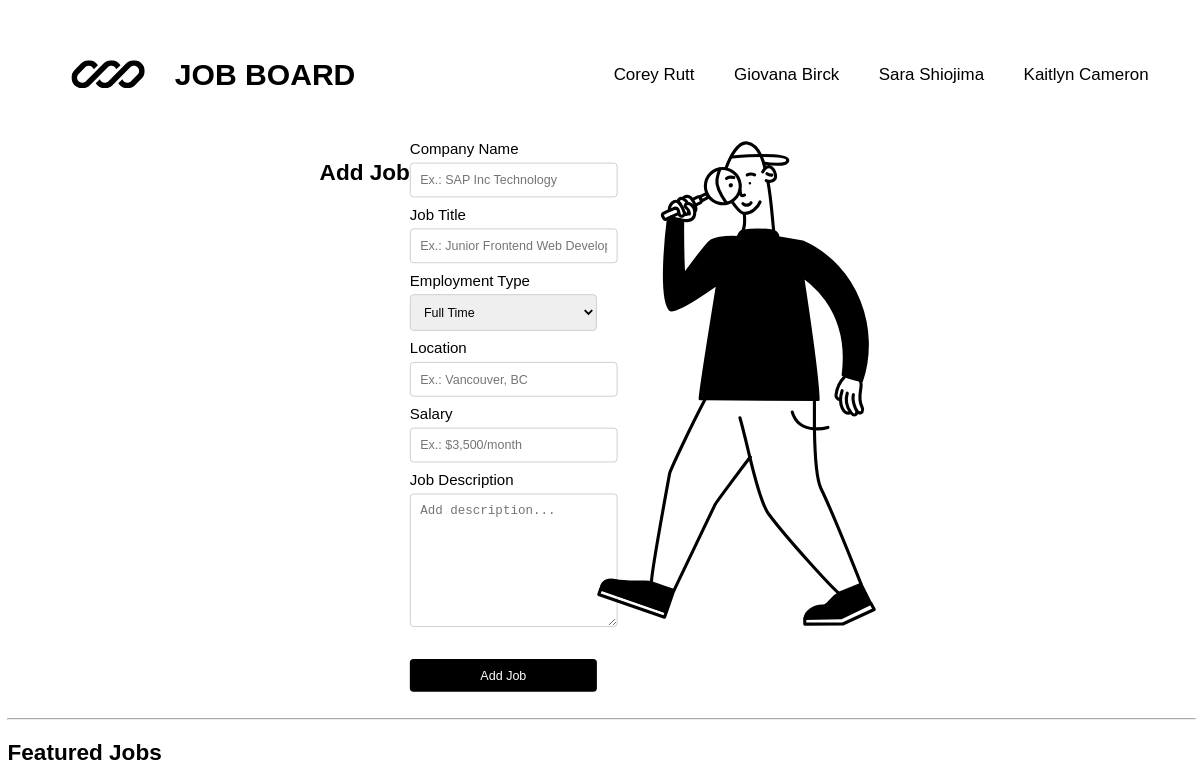
Repository: kcameron37/Final-Project-FrontEnd
Page: /
An editor plug-in stored every save of this project. The page is shown before and after a run of saves, followed by the edit.
The browser window is 1280 px wide. The pictures show the whole page, at 94% of full size.
The project was rebuilt for these pictures with package versions that can differ from the ones it lists, and the page was loaded fresh each time.

Above is the page before, as saved 2023-11-14 20:23:05.

### src/App.js
import React, { useState } from 'react';

import styles from './styles.css';

import JobList from './components/JobList.js';
import AddJob from './components/AddJob.js';
import NavBar from './components/NavBar.js';


export default function App() {
  const [jobs, setJobs] = useState([]);

  const addJob = (job) => {
    setJobs([...jobs, job]);
  };

  const deleteJob = (index) => {
    const newJobs = jobs.filter((_, idx) => idx !== index);
    setJobs(newJobs);
  };

  return (
    <div className="App">
      <NavBar />
      <AddJob addJob={addJob} />
      <JobList jobs={jobs} deleteJob={deleteJob} />
    </div>
  );
}

### src/styles.css
.App {
  font-family: 'Rubik', sans-serif;
}

### src/components/JobList.js
import React from 'react';

export default function JobList({ jobs, deleteJob }) {
  return (
    <div>
      <hr />
      <h2>Featured Jobs</h2>
      {
        jobs.map((job, index) => (
          <div key={index} className="job-item">
            <h3>{job.jobTitle}</h3>
            <button onClick={() => console.log('Make Edit Do Something')}>Edit</button>
            <button onClick={() => deleteJob(index)}>Delete</button>
            <p>{job.companyName} • {job.employment} • {job.location} • {job.salary}</p>
            <p>{job.description}</p>
            <hr />
          </div>
        ))
      }
    </div>
  );
}

### src/components/AddJob.js
import React, { useState } from 'react';
import styles from './addJob.module.css';


export default function AddJob({ addJob }) {

    const [job, setJob] = useState({
        companyName: '',
        jobTitle: '',
        employment: 'Full Time',
        location: '',
        salary: '',
        description: ''
    });

    const handleSubmit = (e) => {
        e.preventDefault();
        addJob(job);
        setJob({ companyName: '', jobTitle: '', employment: 'Full Time', location: '', salary: '', description: '' });
    }

    const handleChange = (e) => {
        setJob({ ...job, [e.target.name]: e.target.value });
    };

    return (
        <form onSubmit={handleSubmit} className={styles.formContainer}>
            <h2>Add Job</h2>
            <div>
                <div>
                    <label>Company Name</label>
                    <input
                        type="text"
                        name="companyName"
                        value={job.companyName}
                        onChange={handleChange}
                        placeholder="Ex.: SAP Inc Technology"
                    />

                    <label>Job Title</label>
                    <input
                        type="text"
                        name="jobTitle"
                        value={job.jobTitle}
                        onChange={handleChange}
                        placeholder="Ex.: Junior Frontend Web Developer"
                    />
                </div>

                <div>
                    <label>Employment Type</label>
                    <select name="employment" value={job.employment} onChange={handleChange}>
                        <option value="Full Time">Full Time</option>
                        <option value="Part Time">Part Time</option>
                    </select>

                    <label>Location</label>
                    <input
                        type="text"
                        name="location"
                        value={job.location}
                        onChange={handleChange}
                        placeholder="Ex.: Vancouver, BC"
                    />

                    <label>Salary</label>
                    <input
                        type="text"
                        name="salary"
                        value={job.salary}
                        onChange={handleChange}
                        placeholder="Ex.: $3,500/month"
                    />
                </div>

                <div>
                    <label>Job Description</label>
                    <textarea
                        name="description"
                        value={job.description}
                        onChange={handleChange}
                        placeholder="Add description..."
                    />
                </div>
                <button type="submit">Add Job</button>

            </div>
            <div>
                <img src="/images/man.svg" alt="Logo" />
            </div>
        </form>
    );
}

### src/components/NavBar.js
import React from 'react';
import styles from './navBar.module.css';

export default function NavBar() {
    return (
        <div className={styles.navBar}>
            <div className={styles.logo}>
                <img src="/images/logo.svg" alt="Logo" />
                <h2>JOB BOARD</h2>
            </div>

            <div>
                <button>Corey Rutt</button>
                <button>Giovana Birck</button>
                <button>Sara Shiojima</button>
                <button>Kaitlyn Cameron</button>
            </div>
        </div>
    );
}

### src/components/addJob.module.css
.formContainer {
    display: flex;
    max-width: 600px;
    margin: auto;
  }

  .formContainer h2 {
    text-align: center;
    margin-bottom: 30px;
  }

  .formContainer > div {
    margin-bottom: 20px; /* Space out each form section */
  }

  .formContainer label {
    display: block; /* Make the label take up the full width of its line */
    margin-bottom: 5px; /* Space between the label and the input */
  }

  .formContainer input[type="text"],
  .formContainer select,
  .formContainer textarea {
    width: 100%; /* Make the input take up the full width of its parent div */
    padding: 10px; /* Add some padding inside the inputs for better readability */
    border: 1px solid #ccc; /* A subtle border for the inputs */
    border-radius: 4px; /* Optional: rounded corners */
    margin-bottom: 10px; /* Space after each input */
  }

  .formContainer textarea {
    height: 120px; /* Set a fixed height for the textarea */
  }

  .formContainer button {
    width: 100%; /* Make the button take up the full width */
    padding: 10px; /* Padding for the button */
    background-color: #000; /* Button color */
    color: #fff; /* Text color for the button */
    border: none;
    border-radius: 4px; /* Optional: rounded corners for the button */
    cursor: pointer;
    margin-top: 20px; /* Space above the button */
  }

  /* Ensure the image doesn't exceed the width of the form */
  .formContainer img {
    max-width: 100%;
    height: auto;
  }

### src/components/navBar.module.css
.logo{
  display: flex;
  align-items: center;
  margin-left: 2em;
  padding: 1em;
}

.logo h2 {
  margin-left: 1em;
  font-size: 32px;
}

.navBar {
    background-color: transparent;
    padding: 10px 20px;
    display: flex;
    align-items: center;
    justify-content: space-between;
  }

  .navBar img {
    height: 30px;
  }

  .navBar button {
    background-color: transparent;
    border: none;
    padding: 10px 12px;
    margin-right: 1em;
    cursor: pointer;
    font-size: 18px;
  }

Loaded but not shown: public/index.html (common file); src/index.js (common file)

After the next 3 saves:
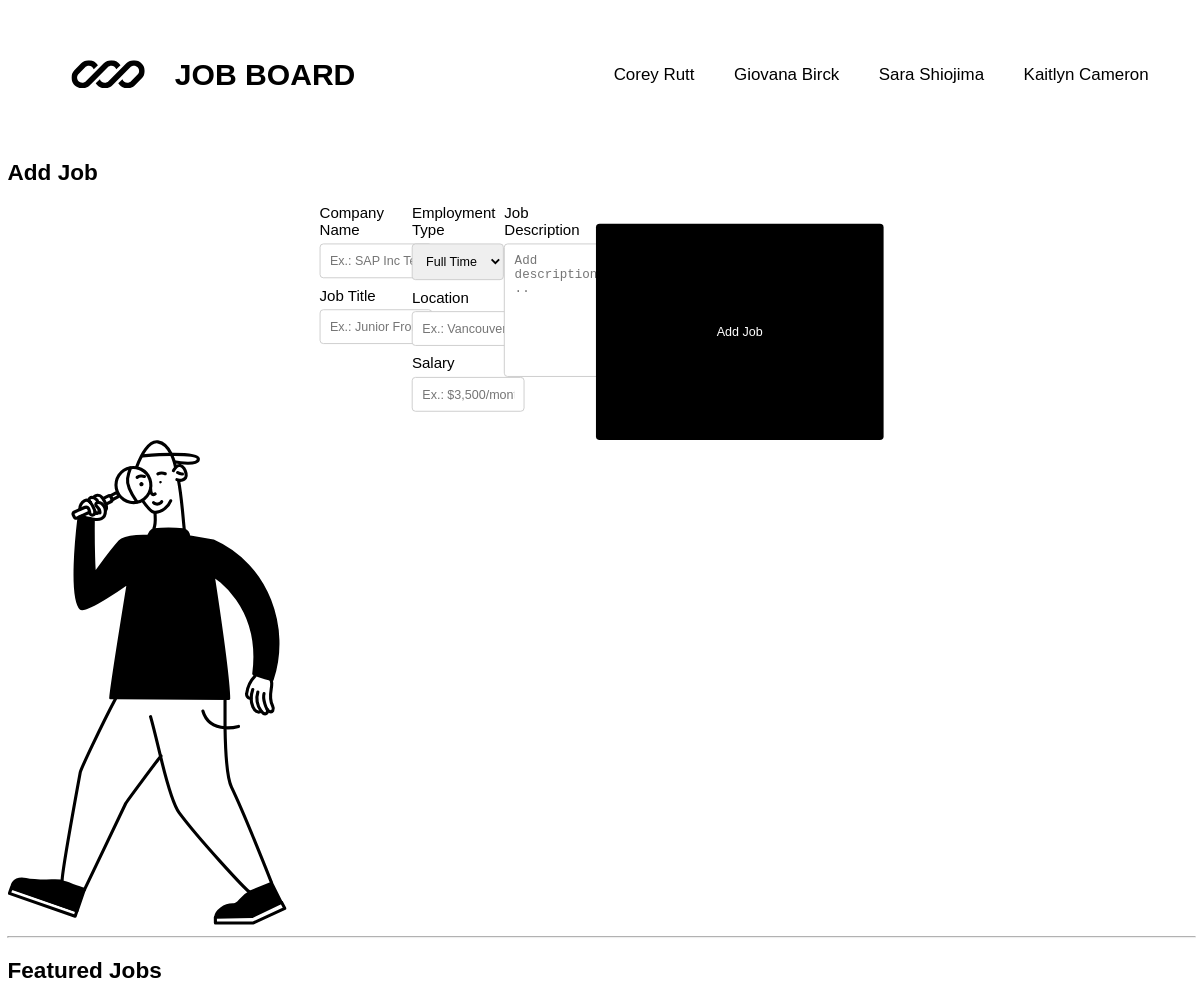
The 3 saves are shown as one change because they came seconds apart.
The last was saved 30 s later.
--- a/src/components/AddJob.js
+++ b/src/components/AddJob.js
@@ -24,9 +24,9 @@
     };
 
     return (
-        <form onSubmit={handleSubmit} className={styles.formContainer}>
+        <form onSubmit={handleSubmit} >
             <h2>Add Job</h2>
-            <div>
+            <div className={styles.formContainer}>
                 <div>
                     <label>Company Name</label>
                     <input

After the save that followed:
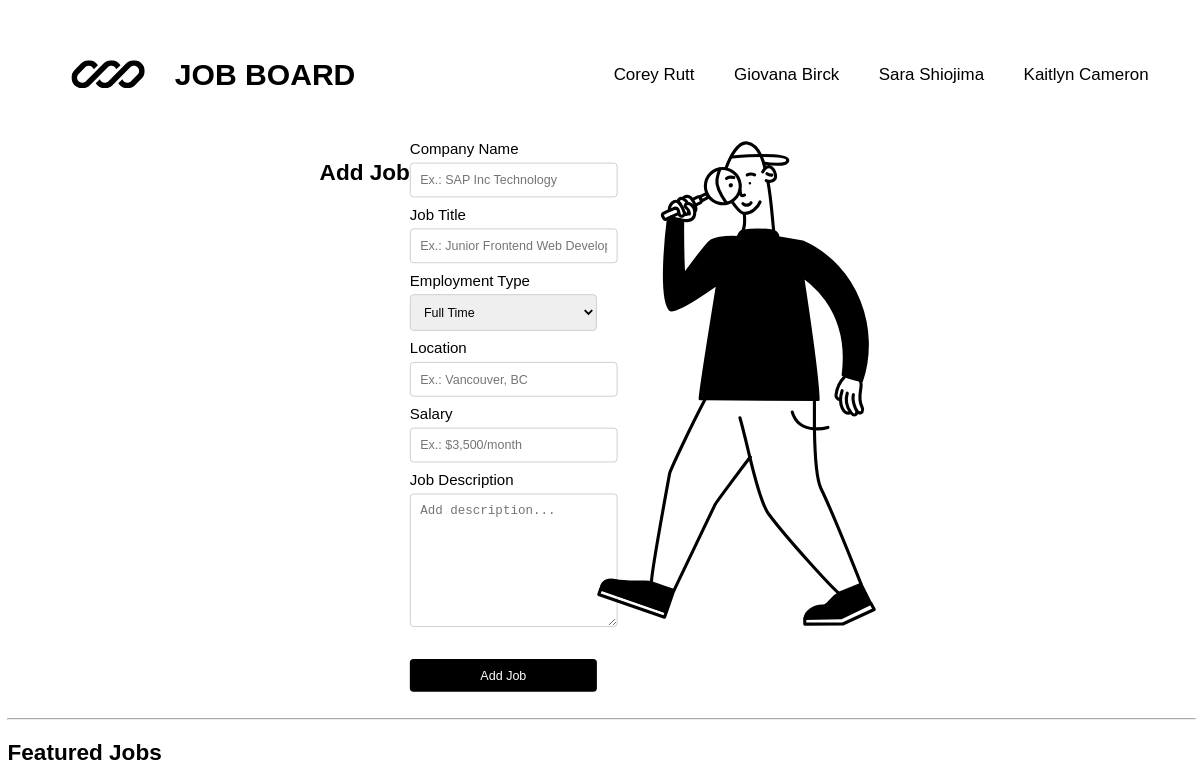
Saved 5 s later.
--- a/src/components/AddJob.js
+++ b/src/components/AddJob.js
@@ -24,9 +24,9 @@
     };
 
     return (
-        <form onSubmit={handleSubmit} >
+        <form onSubmit={handleSubmit} className={styles.formContainer}>
             <h2>Add Job</h2>
-            <div className={styles.formContainer}>
+            <div>
                 <div>
                     <label>Company Name</label>
                     <input
